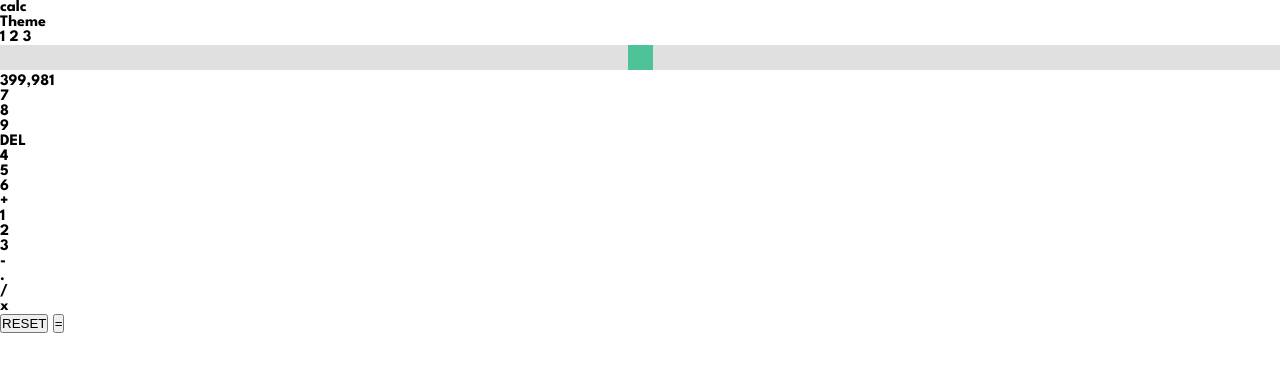
Repository: DevLaukey/calc-with-css-js
Page: index.html
These files come from the project's save history. The page is drawn as it stood at one moment and after the next save; the edit follows.
The browser window is 1280 px wide. The pictures show the whole page.

Above is the page before, as saved 2022-05-18 09:52:37.

### index.html
<!DOCTYPE html>
<html lang="en">
  <head>
    <meta charset="UTF-8" />
    <meta http-equiv="X-UA-Compatible" content="IE=edge" />
    <meta name="viewport" content="width=device-width, initial-scale=1.0" />
    <title>Calculator</title>
    <link rel="stylesheet" href="./styles.css" />
    <link rel="preconnect" href="https://fonts.googleapis.com" />
    <link rel="preconnect" href="https://fonts.gstatic.com" crossorigin />
    <link
      href="https://fonts.googleapis.com/css2?family=League+Spartan:wght@700&display=swap"
      rel="stylesheet"
    />
  </head>
  <body>
    <header class="calculator__header">
      <div class="calculator__name">
        <p>calc</p>
      </div>
      <div class="calculator__slider">
        <p class="calculator__smallText">Theme</p>
        <div class="calculator__block">
          <p>1 2 3</p>
          <input class="slider" type="range" min="1" max="3"name="" id="" />
        </div>
      </div>
    </header>
    <div class="calculator__display">
      <p class="calculator__solution">399,981</p>
    </div>
    <div class="calculator__input">
      <div class="calculator__row">
        <p class="calculator__button seven">7</p>
        <p class="calculator__button eight">8</p>
        <p class="calculator__button nine">9</p>
        <p class="calculator__button del">DEL</p>
        <p class="calculator__button four">4</p>
        <p class="calculator__button five">5</p>
        <p class="calculator__button six">6</p>
        <p class="calculator__button plus">+</p>
        <p class="calculator__button one">1</p>
        <p class="calculator__button two">2</p>
        <p class="calculator__button three">3</p>
        <p class="calculator__button minus">-</p>
        <p class="calculator__button dot">.</p>
        <p class="calculator__button slash">/</p>
        <p class="calculator__button multiply">x</p>
        <div class="calculator__control">
          <button class="control reset">
RESET
          </button>
          <button class="control equals">=</button>
        </div>
      </div>
    </div>
  </body>
</html>

### styles.css
*{
    margin:0;
    padding:0;
    box-sizing: border-box;
}
body{
    font-family: 'League Spartan', sans-serif;
}
.slider {
  -webkit-appearance: none;
  width: 100%;
  height: 25px;
  background: #d3d3d3;
  outline: none;
  opacity: 0.7;
  -webkit-transition: .2s;
  transition: opacity .2s;
}

.slider:hover {
  opacity: 1;
}
.slider::-webkit-slider-thumb {
  -webkit-appearance: none;
  appearance: none;
  width: 25px;
  height: 25px;
  background: #04AA6D;
  cursor: pointer;
}

.slider::-moz-range-thumb {
  width: 25px;
  height: 25px;
  background: #04AA6D;
  cursor: pointer;
}

After the next save:
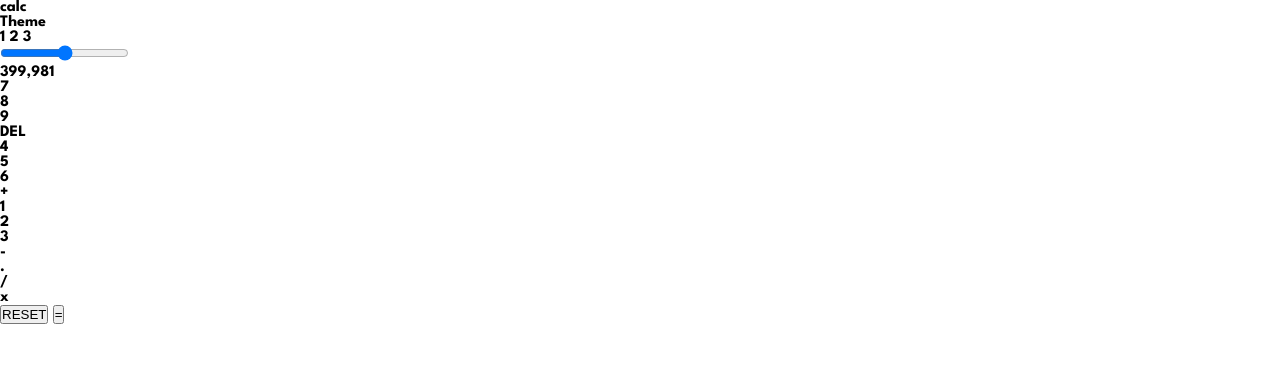
Saved 13 s later.
--- a/styles.css
+++ b/styles.css
@@ -6,7 +6,7 @@
 body{
     font-family: 'League Spartan', sans-serif;
 }
-.slider {
+/* .slider {
   -webkit-appearance: none;
   width: 100%;
   height: 25px;
@@ -15,7 +15,7 @@
   opacity: 0.7;
   -webkit-transition: .2s;
   transition: opacity .2s;
-}
+} */
 
 .slider:hover {
   opacity: 1;

After the save that followed:
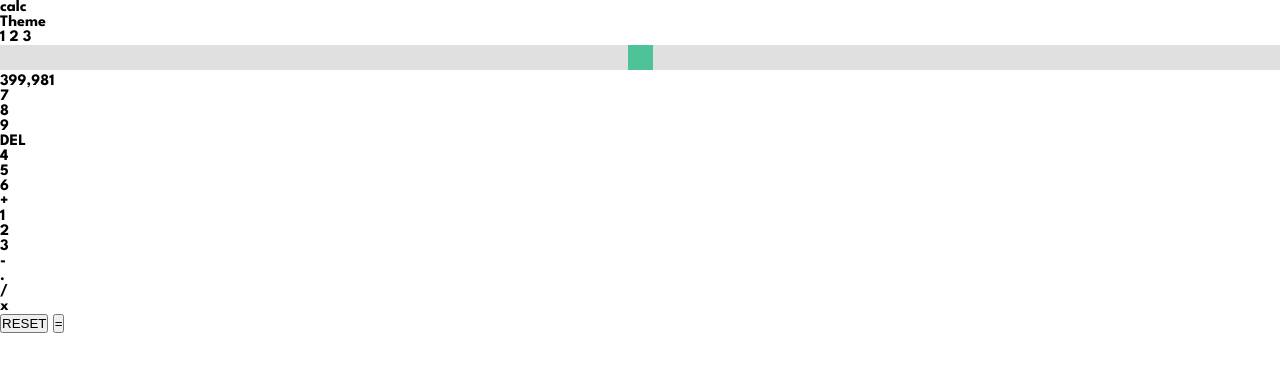
Saved 10 s later.
--- a/styles.css
+++ b/styles.css
@@ -6,7 +6,7 @@
 body{
     font-family: 'League Spartan', sans-serif;
 }
-/* .slider {
+.slider {
   -webkit-appearance: none;
   width: 100%;
   height: 25px;
@@ -15,7 +15,7 @@
   opacity: 0.7;
   -webkit-transition: .2s;
   transition: opacity .2s;
-} */
+}
 
 .slider:hover {
   opacity: 1;
